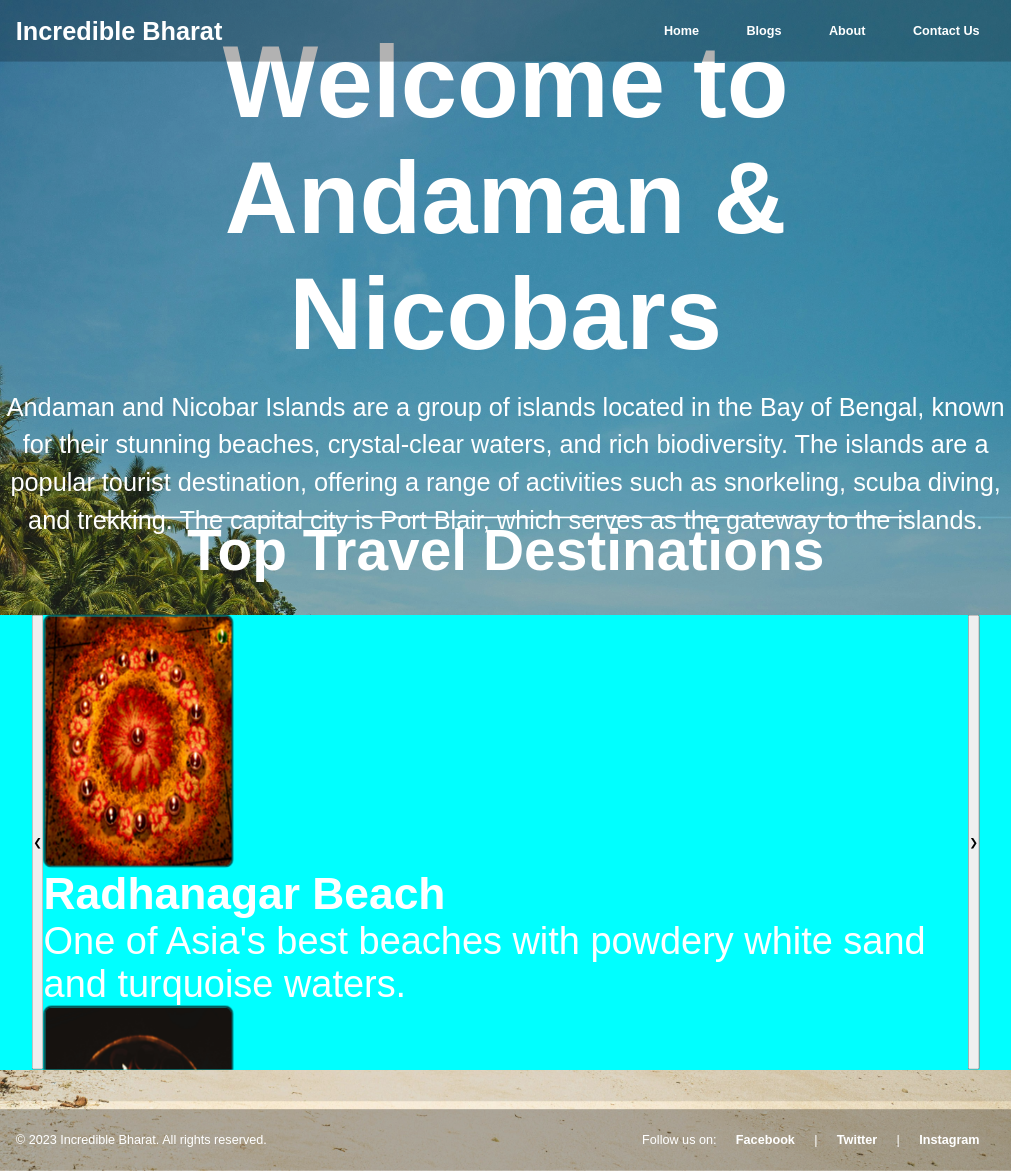
Repository: jaidhiman111/incrediblebharat
Page: destinations/Andaman-Nicobar/Andaman&Nicobar.html
An editor plug-in stored every save of this project. The page is shown before and after the next save, followed by the edit.
The browser window is 1280 px wide. The pictures show the whole page, at 79% of full size.

Above is the page before, as saved 2025-05-01 22:33:54.

### destinations/Andaman-Nicobar/Andaman&Nicobar.html
<!DOCTYPE html>
<html lang="en">

<head>
    <meta charset="UTF-8">
    <link rel="stylesheet" href="/assets/style.css">
    <meta name="viewport" content="width=device-width, initial-scale=1.0">
    <title>Document</title>
</head>

<body class="andaman-nicobar">
    <!-- This is the header of the page. -->
    <header class="header">
        <div class="logo">
            <h1>Incredible Bharat</h1>
        </div>
        <div class="nav">
            <nav>
                <ul>
                    <li>
                        <a href="/index.html">Home</a>
                        <a href="#">Blogs</a>
                        <a href="#">About</a>
                        <a href="#">Contact Us</a>
                    </li>
                </ul>
            </nav>
        </div>
    </header>
    <!-- This is the main content of the page. -->
    <main class="main-container">
        <section class="hero-section">
            <h2>Welcome to Andaman & Nicobars</h2>
            <p>Andaman and Nicobar Islands are a group of islands located in the Bay of Bengal, known for their stunning
                beaches, crystal-clear waters, and rich biodiversity. The islands are a popular tourist destination,
                offering a range of activities such as snorkeling, scuba diving, and trekking. The capital city is Port
                Blair, which serves as the gateway to the islands.</p>
        </section>
        <hr>
        <section id="travel-slider">
            <h2>Top Travel Destinations</h2>
            <div class="slider-container">
              <button class="slide-btn left" onclick="slideLeft('travel')">&#10094;</button>

              <div class="slider" >
                <div class="card">
                  <img class ="card-image" src="/media/diwali.jpg" alt="Radhanagar Beach">
                  <h3>Radhanagar Beach</h3>
                  <p>One of Asia's best beaches with powdery white sand and turquoise waters.</p>
                </div>
                <div class="card">
                  <img class = "card-image" src="/media/Dipawli.jpg" alt="Cellular Jail">
                  <h3>Cellular Jail</h3>
                  <p>Historical monument with a light & sound show on India's freedom struggle.</p>
                </div>
                <div class="card">
                  <img class = "card-image" src="/media/Deepak.jpg" alt="Elephant Beach">
                  <h3>Elephant Beach</h3>
                  <p>Snorkeling and water activities paradise on Havelock Island.</p>
                </div>
                <!-- Add more slides here -->
              </div>

              <button class="slide-btn right" onclick="slideRight('travel')">&#10095;</button>
            </div>
          </section>
    </main>
    <!-- This is the footer of the page. -->
    <footer class="footer">
        <div>
            <p>&copy; 2023 Incredible Bharat. All rights reserved.</p>
        </div>
        <div>
            <p>Follow us on:
                <a href="#">Facebook</a> |
                <a href="#">Twitter</a> |
                <a href="#">Instagram</a>
        </div>
    </footer>
</body>

</html>

### assets/style.css
* {
    box-sizing: border-box;
    margin: 0;
    padding: 0;
}

.home {
    font-family: Arial, sans-serif;
    background-image: url('/media/bg-cover.jpg');
    background-size: cover;
    background-repeat: no-repeat;
    background-position: center;
    color: #fff;
}

.andaman-nicobar {
    font-family: Arial, sans-serif;
    background-image: url('/media/andaman.jpg');
    background-size: cover;
    background-repeat: no-repeat;
    background-position: center;
    color: #fff;
}


/* This is for header */
.header {
    background-color: rgba(0, 0, 0, 0.3);
    display: flex;
    justify-content: space-between;
    align-items: center;
    padding: 20px;
    position: sticky;
    top: 0;
    text-align: center;
}

li {
    list-style: none;
    display: flex;
    gap: 20px;
}

li a {
    padding: 10px 20px;
    border-radius: 5px;
    text-decoration: none;
    color: #fff;
    font-weight: bold;
}

li a:hover {
    color: #fff;
    transform: scale(1.1);
}

/* This is for section */
section {
    background-color: rgba(0, 0, 0, 0.1);
}

.hero-section {
    display: flex;
    flex-direction: column;
    /* stack items vertically */
    justify-content: center;
    /* center vertically */
    align-items: center;
    /* center horizontally */
    height: 80vh;
    text-align: center;
}

.hero-section h2 {
    font-size: 8rem;
    margin-bottom: 20px;
}

.hero-section p {
    font-size: 2rem;
    margin-bottom: 20px;
    max-width: 100rem;
    /* limit the width of the paragraph */
    line-height: 1.5;
    /* improve readability */
}

.hero-section a {
    text-decoration: none;
    color: #fff;
    font-size: 1.5rem;
    margin-bottom: 20px;
}

.hero-section a:hover {
    color: #fff;
    text-decoration: underline;
    transform: scale(1.1);
    transition: transform 0.3s ease-in-out;
}

hr {
    width: 80%;
    margin: auto;
    border: 1px solid #fff;
}

.state-section {
    display: flex;
    flex-direction: column;
    justify-content: center;
    align-items: center;
    height: 80vh;
    text-align: center;
}

.state-section h2 {
    font-size: 3rem;
    margin-bottom: 20px;
}

.state-button {
    padding: 30px;
    max-width: 100rem;
    margin: 0 auto;
}

.state-button button {
    background-color: rgba(0, 0, 0, 0.4);
    backdrop-filter: blur(5px);
    border: none;
    border-radius: 8px;
    margin: 10px;
    padding: 12px 20px;
    cursor: pointer;
    transition: background-color 0.3s ease;
    font-size: 16px;
    font-weight: 500;
}

.state-button button a {
    color: #ffffff;
    text-decoration: none;
    display: block;
    width: 100%;
    height: 100%;
}

.state-button button:hover {
    background-color: rgba(0, 0, 0, 0.7);
    transform: scale(1.1);
    transition: transform 0.3s ease-in-out;
}

.card-section {
    display: flex;
    flex-wrap: wrap;
    justify-content: center;
    gap: 5rem;
    padding: 30px 20px;
    margin: 20px auto;
    max-width: 100%;
    border-radius: 10px;
}




/* This is for footer */

.footer {
    background-color: rgba(0, 0, 0, 0.3);
    display: flex;
    justify-content: space-between;
    align-items: center;
    padding: 20px;
    position: relative;
    bottom: 0;
    text-align: center;
}

.footer li {
    list-style: none;
    display: flex;
    gap: 20px;
}

.footer a {
    display: inline-block;
    padding: 10px 20px;
    border-radius: 5px;
    text-decoration: none;
    color: #fff;
    font-weight: bold;
}

.footer a:hover {
    color: #fff;
    transform: scale(1.1);

}

/* This is for media queries */
/* --- Andaman & Nicobar Page Enhancements --- */

#travel-slider {
    display: flex;
    flex-direction: column;
    font-size: 3rem;
    margin-bottom: 10px;
    justify-items: center;
    align-items: center;

}

.slider-container {
    display: flex;
    background-color:aqua;
    position: relative;
    height: 80vh;
    max-width: 100%;
    overflow: hidden;
    margin: 40px auto;
    padding: 0 40px;
}

/* .slider {
    display: flex;
    transition: transform 0.5s ease;
    max-width: 80%;
    background-color: aqua;
    margin: 10px, auto;
    padding: auto;
    justify-content: center;
    align-items: center;
} */


.slide-btn.left {
    left: 10px;
}

.slide-btn.right {
    right: 10px;
}

.card-image {
    background-color: rgba(0, 0, 0, 0.3);
    backdrop-filter: blur(5px);
    color: #fff;
    border: 2px solid #014d4e;
    border-radius: 10px;
    width: 15rem;
    height: 20rem;
    display: flex;
    align-items: center;
    justify-content: center;
    font-size: 2rem;
    font-weight: bold;
    cursor: pointer;
    transition: transform 0.3s ease, background-color 0.3s ease;
}

.card:hover {
    background-color: rgba(0, 0, 0, 0.3);
    color: #ffffff;
    transform: scale(1.05);
}

After the next save:
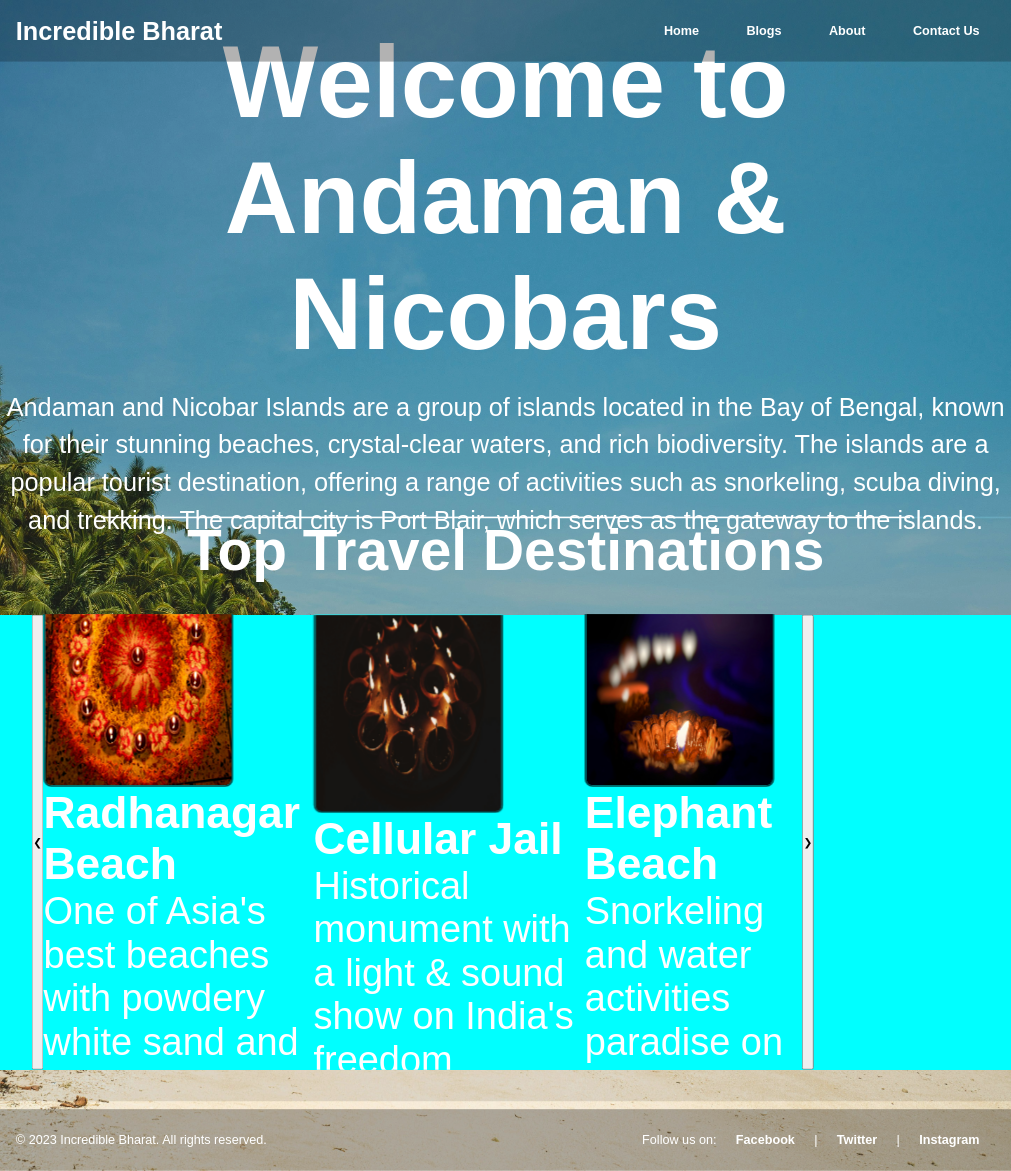
Saved 19 s later.
--- a/assets/style.css
+++ b/assets/style.css
@@ -224,7 +224,7 @@ hr {
     padding: 0 40px;
 }
 
-/* .slider {
+.slider {
     display: flex;
     transition: transform 0.5s ease;
     max-width: 80%;
@@ -233,7 +233,7 @@ hr {
     padding: auto;
     justify-content: center;
     align-items: center;
-} */
+}
 
 
 .slide-btn.left {
